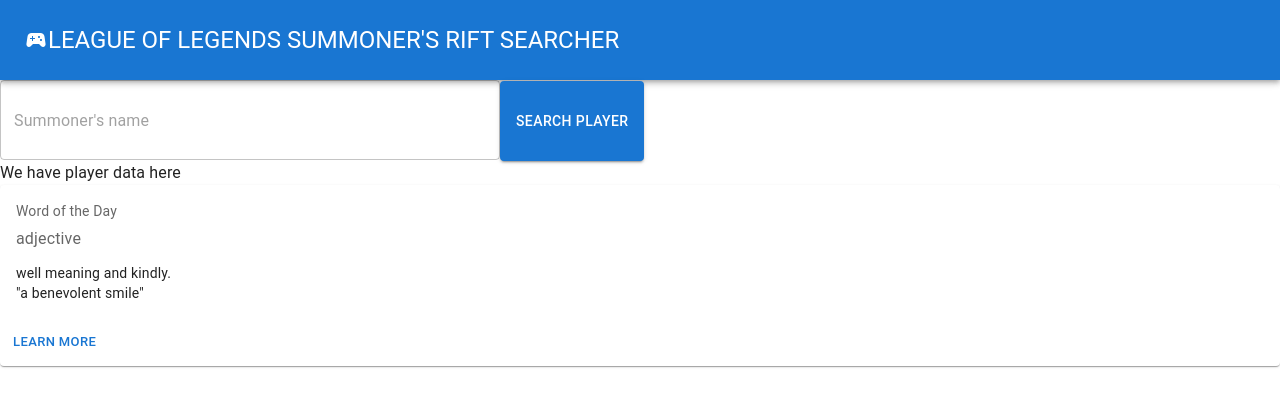
Repository: Mikerr21/League-Of-Legends-API
Page: /
An editor plug-in stored every save of this project. The page is shown before and after a run of saves, followed by the edit.
The browser window is 1280 px wide. The pictures show the whole page.
The page's requests for data from a server got no answer. The project was rebuilt for these pictures with package versions that can differ from the ones it lists, and the page was loaded fresh each time. No one was signed in, and anything a server would have sent is missing.

Above is the page before, as saved 2022-09-24 21:47:41.

### public/index.html
<!DOCTYPE html>
<html lang="en">
  <head>
    <meta charset="utf-8" />
    <link rel="icon" href="%PUBLIC_URL%/favicon.ico" />
    <meta name="viewport" content="width=device-width, initial-scale=1" />
    <meta name="theme-color" content="#000000" />
    <meta
      name="description"
      content="Web site created using create-react-app"
    />
    <link rel="apple-touch-icon" href="%PUBLIC_URL%/logo192.png" />

    <title>React App</title>
  </head>
  <body>
    <noscript>You need to enable JavaScript to run this app.</noscript>
    <div id="root"></div>

  </body>
</html>

### src/App.js
import React from "react";
import axios from "axios";
import { useState } from "react";
import { AppBar } from "@mui/material";
import { Toolbar } from "@mui/material";
import { CssBaseline } from "@mui/material";
import SportsEsportsIcon from "@mui/icons-material/SportsEsports";
import OutlinedInput from "@mui/material/OutlinedInput";

import { Typography } from "@mui/material";
import { Button } from "@mui/material";
import { Box } from "@mui/material";
import Card from '@mui/material/Card';
import CardActions from '@mui/material/CardActions';
import CardContent from '@mui/material/CardContent';


function App() {
  const [searchPlayer, setSearchPlayer] = useState("");
  const [playerData,setPlayerData]= useState({});
  const API_KEY ="c4eb3244-2494-4789-a6a3-47b4f6d5b70a";

  function fetchPlayerData(event){

    var API_KEY = "RGAPI-e5d7e95c-8a4e-4469-bf42-53bc6d1175b3";
    var API_CALL_STRING ="https://euw1.api.riotgames.com/lol/summoner/v4/summoners/by-name/" + searchPlayer + "?api_key=" +API_KEY;
    axios.get(API_CALL_STRING).then(function (response) {
      //Success

      setPlayerData(response.data);
    }).catch(function(error){
      //Error
      console.log(error)
    })
  }

  return (
    <div className="App">
      <CssBaseline />
      <AppBar position="static">
        <Toolbar variant="dense" style={{ height: "80px" }}>
          <SportsEsportsIcon></SportsEsportsIcon>
          <Typography variant="h5" component="h2">
            LEAGUE OF LEGENDS SUMMONER'S RIFT SEARCHER
          </Typography>
        </Toolbar>
      </AppBar>
      <Box>
        <OutlinedInput
          onChange={(e) => setSearchPlayer(e.target.value)}
          type="text"
          placeholder="Summoner's name"
          style={{ height: "80px", width: "500px" }}
        ></OutlinedInput>
        <Button onClick={fetchPlayerData()} variant="contained" style={{ height: "80px" }}>
          Search player
        </Button>
      </Box>
      {
      JSON.stringify(playerData.data) != '{}' ?
      <Typography>We have player data here</Typography>
       :
      <Typography>No player data detected</Typography>
      }


      <Card sx={{ minWidth: 275 }}>
      <CardContent>
        <Typography sx={{ fontSize: 14 }} color="text.secondary" gutterBottom>
          Word of the Day
        </Typography>
        <Typography sx={{ mb: 1.5 }} color="text.secondary">
          adjective
        </Typography>
        <Typography variant="body2">
          well meaning and kindly.
          <br />
          {'"a benevolent smile"'}
        </Typography>
      </CardContent>
      <CardActions>
        <Button size="small">Learn More</Button>
      </CardActions>
    </Card>

    </div>
  );
}

export default App;

Loaded but not shown: src/index.js (common file); src/index.css (common file)

After the next 4 saves:
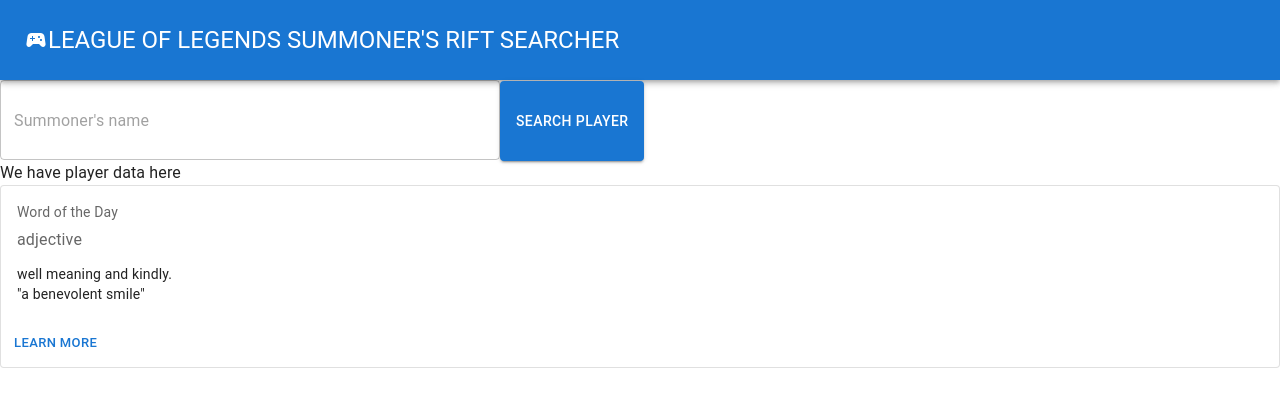
The 4 saves are shown as one change because 3 did not build or start.
The last was saved 4 min 34 s later.
--- a/src/App.js
+++ b/src/App.js
@@ -10,28 +10,54 @@
 import { Typography } from "@mui/material";
 import { Button } from "@mui/material";
 import { Box } from "@mui/material";
-import Card from '@mui/material/Card';
-import CardActions from '@mui/material/CardActions';
-import CardContent from '@mui/material/CardContent';
+import Card from "@mui/material/Card";
+import CardActions from "@mui/material/CardActions";
+import CardContent from "@mui/material/CardContent";
 
+const card = (
+  <React.Fragment>
+    <CardContent>
+      <Typography sx={{ fontSize: 14 }} color="text.secondary" gutterBottom>
+        Word of the Day
+      </Typography>
+      <Typography sx={{ mb: 1.5 }} color="text.secondary">
+        adjective
+      </Typography>
+      <Typography variant="body2">
+        well meaning and kindly.
+        <br />
+        {'"a benevolent smile"'}
+      </Typography>
+    </CardContent>
+    <CardActions>
+      <Button size="small">Learn More</Button>
+    </CardActions>
+  </React.Fragment>
+);
 
 function App() {
   const [searchPlayer, setSearchPlayer] = useState("");
-  const [playerData,setPlayerData]= useState({});
-  const API_KEY ="c4eb3244-2494-4789-a6a3-47b4f6d5b70a";
+  const [playerData, setPlayerData] = useState({});
+  const API_KEY = "c4eb3244-2494-4789-a6a3-47b4f6d5b70a";
 
-  function fetchPlayerData(event){
+  function fetchPlayerData(event) {
+    var API_KEY = "RGAPI-e5d7e95c-8a4e-4469-bf42-53bc6d1175b3";
+    var API_CALL_STRING =
+      "https://euw1.api.riotgames.com/lol/summoner/v4/summoners/by-name/" +
+      searchPlayer +
+      "?api_key=" +
+      API_KEY;
+    axios
+      .get(API_CALL_STRING)
+      .then(function (response) {
+        //Success
 
-    var API_KEY = "RGAPI-e5d7e95c-8a4e-4469-bf42-53bc6d1175b3";
-    var API_CALL_STRING ="https://euw1.api.riotgames.com/lol/summoner/v4/summoners/by-name/" + searchPlayer + "?api_key=" +API_KEY;
-    axios.get(API_CALL_STRING).then(function (response) {
-      //Success
-
-      setPlayerData(response.data);
-    }).catch(function(error){
-      //Error
-      console.log(error)
-    })
+        setPlayerData(response.data);
+      })
+      .catch(function (error) {
+        //Error
+        console.log(error);
+      });
   }
 
   return (
@@ -52,37 +78,23 @@
           placeholder="Summoner's name"
           style={{ height: "80px", width: "500px" }}
         ></OutlinedInput>
-        <Button onClick={fetchPlayerData()} variant="contained" style={{ height: "80px" }}>
+        <Button
+          onClick={fetchPlayerData()}
+          variant="contained"
+          style={{ height: "80px" }}
+        >
           Search player
         </Button>
       </Box>
-      {
-      JSON.stringify(playerData.data) != '{}' ?
-      <Typography>We have player data here</Typography>
-       :
-      <Typography>No player data detected</Typography>
-      }
+      {JSON.stringify(playerData.data) != "{}" ? (
+        <Typography>We have player data here</Typography>
+      ) : (
+        <Typography>No player data detected</Typography>
+      )}
 
-
-      <Card sx={{ minWidth: 275 }}>
-      <CardContent>
-        <Typography sx={{ fontSize: 14 }} color="text.secondary" gutterBottom>
-          Word of the Day
-        </Typography>
-        <Typography sx={{ mb: 1.5 }} color="text.secondary">
-          adjective
-        </Typography>
-        <Typography variant="body2">
-          well meaning and kindly.
-          <br />
-          {'"a benevolent smile"'}
-        </Typography>
-      </CardContent>
-      <CardActions>
-        <Button size="small">Learn More</Button>
-      </CardActions>
-    </Card>
-
+      <Box sx={{ minWidth: 275 }}>
+        <Card variant="outlined">{card}</Card>
+      </Box>
     </div>
   );
 }
